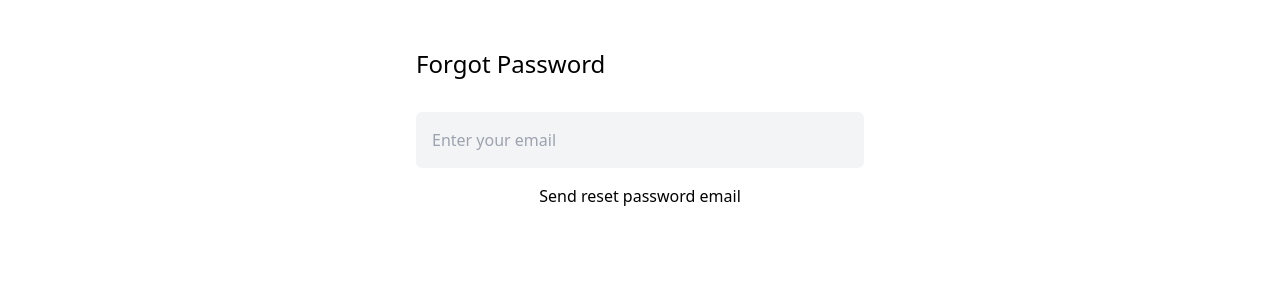
Repository: sevilgenysf/firebase
Page: /forgot-password
These files come from the project's save history. The page is drawn as it stood at one moment and after the next save; the edit follows.
The browser window is 1280 px wide. The pictures show the whole page.
The project was rebuilt for these pictures with package versions that can differ from the ones it lists, and the page was loaded fresh each time. Also part of the build but not shown: src/pages/Home.js, src/firebase.js, src/pages/SignIn.js, src/pages/SignUp.js.

Above is the page before, as saved 2023-01-04 14:39:55.

After the next save:
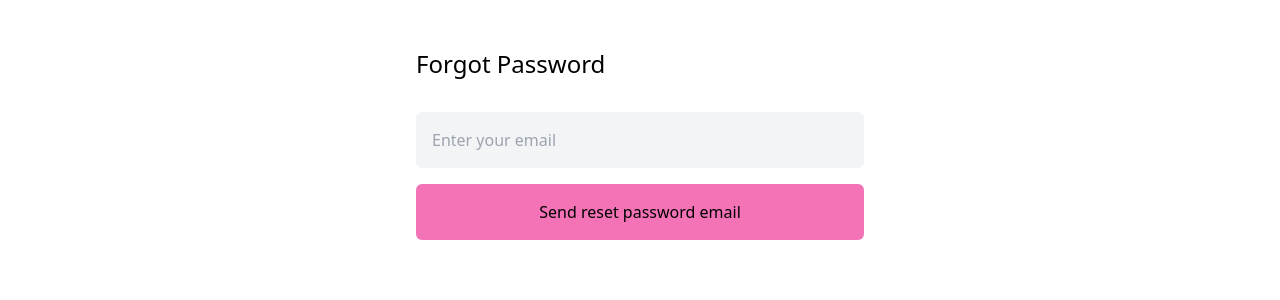
Saved 17 s later.
--- a/src/pages/ForgotPassword.js
+++ b/src/pages/ForgotPassword.js
@@ -8,7 +8,11 @@ const ForgotPassword = () => {
 					placeholder="Enter your email"
 					className="p-4 bg-gray-100 rounded-md"
 				/>
-				<input type="submit" value="Send reset password email" />
+				<input
+					type="submit"
+					value="Send reset password email"
+					className="p-4 bg-pink-400 rounded-md"
+				/>
 			</form>
 		</div>
 	);
